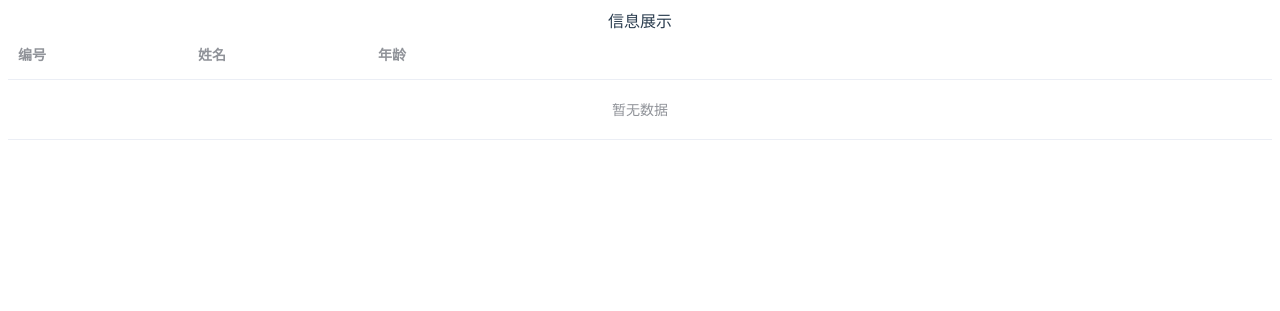
Repository: chang-meng-yun/vue_project
Page: /
The author's editor kept a copy of each file at every save. The page is drawn from the files as they stood at one save, then again after a run of saves.
The browser window is 1280 px wide. The pictures show the whole page.
The project was rebuilt for these pictures with package versions that can differ from the ones it lists, and the page was loaded fresh each time. Also part of the build but not shown: vue.config.js, src/VBindStudy.vue, src/HomeWork.vue, src/views/reHome.vue, src/FromFrame.vue, src/prents.vue, src/views/son.vue, src/components/HelloWorld.vue and 1 more.

Above is the page before, as saved 2024-06-27 15:42:17.

### public/index.html
<!DOCTYPE html>
<html lang="">
  <head>
    <meta charset="utf-8">
    <meta http-equiv="X-UA-Compatible" content="IE=edge">
    <meta name="viewport" content="width=device-width,initial-scale=1.0">
    <link rel="icon" href="<%= BASE_URL %>favicon.ico">
    <!-- <title><%= htmlWebpackPlugin.options.title %></title> -->
     <title>我是首页</title>
  </head>
  <body>
    <noscript>
      <strong>We're sorry but <%= htmlWebpackPlugin.options.title %> doesn't work properly without JavaScript enabled. Please enable it to continue.</strong>
    </noscript>
    <!-- 显示内容的地方 -->
    <div id="app"></div>
    <!-- built files will be auto injected -->
  </body>
</html>

### src/main.js
import Vue from 'vue'
import App from './App.vue'
import ElementUI from 'element-ui';
import 'element-ui/lib/theme-chalk/index.css';
import router from './router'

Vue.use(ElementUI);

Vue.config.productionTip = false
new Vue({
  router,
  render: h => h(App)
}).$mount('#app')

### src/App.vue
<template>
  <div id="app">
    <!-- <Hello></Hello> -->
    <!-- <VBindStudy></VBindStudy> -->
    <!-- <HomeWork></HomeWork> -->
    <!-- <reHome></reHome> -->
    <!-- <Model></Model> -->
    <!-- <FromFrame></FromFrame> -->
     <!-- <prents></prents> -->
     <!-- <div>来自父组件得值{{son_title}}</div>
      <son @son_to_parent="getValues"></son> -->

      <!-- <child myTitle="信息展示" :mysrc="img_path" > -->
        <child myTitle="信息展示" tableData="tableData">

      </child>

    </div>
</template>
<script>
  // 导入组件
  import Hello from '@/Hello.vue'
  import VBindStudy from '@/VBindStudy'
  import HomeWork from '@/HomeWork'
  import reHome from './views/reHome.vue'
  import FromFrame from '@/FromFrame.vue'
  import prents from '@/prents.vue'
  import child from '@/child.vue'
   import son from './views/son.vue'
  // import Model from './views/Model.vue'
  export default {
    components: {
      Hello,
      VBindStudy,
      HomeWork,
      FromFrame,
      prents,
      child,
      son
      // Model
    },
    data() {
      return {
        tableData: [{
            id: '1',
            name: '王小虎',
            age: '19'
          }, {
            id: '2',
            name: '王小虎',
            age: '20'
          }, {
            id: '3',
            name: '王小虎',
            age: '21'
          }, {
            id: '4',
            name: '王小虎',
            age: '22'
          }]




        // mark: true,
        // name: "张三",
        // mywidth: "350px",
        // myImage: require("./assets/花.jpg"),
        // img_path: require("@/assets/花.jpg"),
        // son_title:""
      }
    },
    methods: {
      controller_div() {
        this.mark = !this.mark
        console.log(this.mark)
      },
      changeSize() {
        this.mywidth = "500px"
      },
      changeImage() {
        console.log("pakaqiu")
        this.myImage = require("./assets/小樱花.webp")
      },
      getValues(n){
        this.son_title=n
      }
    }
  }
</script>
<style>
  .box {
    width: 200px;
    height: 200px;
    background-color: red;
  }

  #app {
    font-family: Avenir, Helvetica, Arial, sans-serif;
    -webkit-font-smoothing: antialiased;
    -moz-osx-font-smoothing: grayscale;
    text-align: center;
    color: #2c3e50;
  }

  nav {
    padding: 30px;
  }

  nav a {
    font-weight: bold;
    color: #2c3e50;
  }

  nav a.router-link-exact-active {
    color: #42b983;
  }
</style>

### src/Hello.vue
<template>
  <div>
        <!-- <nav>
      <router-link to="/">Home</router-link> |
      <router-link to="/about">About</router-link>
    </nav> -->
    <!-- <el-row>
      <el-button>默认按钮</el-button>
      <el-button type="primary">主要按钮</el-button>
      <el-button type="success">成功按钮</el-button>
      <el-button type="info">信息按钮</el-button>
      <el-button type="warning">警告按钮</el-button>
      <el-button type="danger">危险按钮</el-button>
    </el-row> -->

    <!-- <input  type="text" v-model="username"> -->
     <!-- <div  v-if="mark" class="box">
      div1-if标签
     </div> -->
     <!-- <el-button type="primary" v-on:click="controller_div()">控制div</el-button> -->
     <!-- <div  v-show ="mark" class="box"> -->
      <!-- div2-show标签 -->
     <!-- </div> -->
    <!-- <div>
      {{username}}
    </div> -->
    <!-- <router-view/> -->
     <!-- <hr> -->

     <el-row>
        <el-col :span="12">
          <div class="grid-content bg-purple">
         <img src="./assets/小雏菊.webp" v-bind:width="mywidth" />
         <br>
         <el-button type="primary" @click="changeSize()">改变大小</el-button>
        </div>
      </el-col>

        <el-col :span="12">
          <div class="grid-content bg-purple-light">
            <img v-bind:src="myImage" width="350px" />
            <br>
            <el-button type="primary" @click="changeImage()">改变图片</el-button>
        </div>
      </el-col>
      </el-row>

  </div>
</template>
<script>
     export default{
    // components:{
    //     Hello,
    //     VBindStudy
    // },
    data(){
      return{
        mark:true,
        name:"张三",
        mywidth:"350px",
        myImage:require("./assets/花.jpg")
      }
    },
    methods:{
     controller_div(){
        this.mark=!this.mark
        console.log(this.mark)
      },
      changeSize(){
        this.mywidth="500px"
      },
      changeImage(){
        console.log("pakaqiu")
        this.myImage=require("./assets/小樱花.webp")
      }
     },
     components:{

     }
    }
  </script>
  <style>
  .box{
      width: 200px;
      height: 200px;
      background-color: red;
  }
  #app {
    font-family: Avenir, Helvetica, Arial, sans-serif;
    -webkit-font-smoothing: antialiased;
    -moz-osx-font-smoothing: grayscale;
    text-align: center;
    color: #2c3e50;
  }

  nav {
    padding: 30px;
  }

  nav a {
    font-weight: bold;
    color: #2c3e50;
  }

  /* nav a.router-link-exact-active {
    color: #42b983;
  } */
  </style>

### src/child.vue
<template>
    <div>
        <div>
         {{myTitle}}
         <!-- <img :src="mysrc" height="300px" width="300px"> -->
         <el-table
         :data="tableData"
         style="width: 100%">
         <el-table-column
           prop="id"
           label="编号"
           width="180">
         </el-table-column>
         <el-table-column
           prop="name"
           label="姓名"
           width="180">
         </el-table-column>
         <el-table-column
           prop="age"
           label="年龄">
         </el-table-column>
       </el-table>
        </div>
    </div>
</template>
<script>
    export default{
        data(){
            return{
                // img_path: require("@/assets/花.jpg"),
            }
        },
        // props:["myTitle","mysrc"],
        props:["myTitle",""],
        methods: {

        },
        components:{

        }
    }

</script>
<style>

</style>

Loaded but not shown: src/router/index.js (common file)

After the next 2 saves:
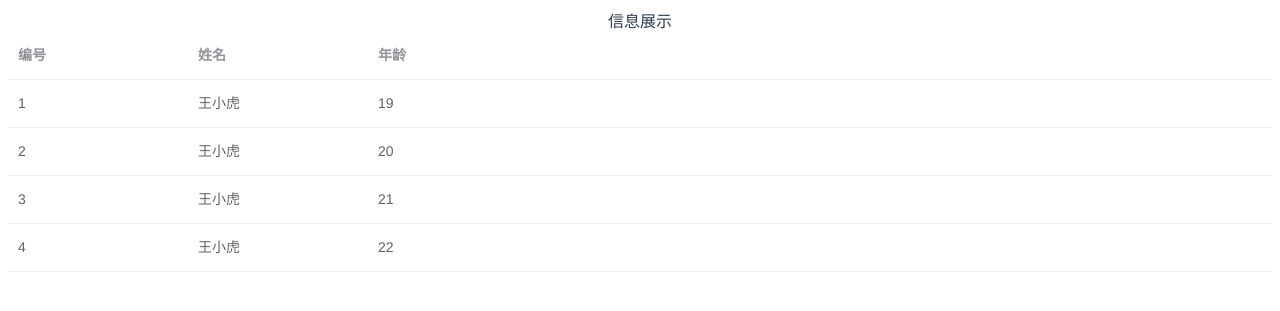
The 2 saves are shown as one change because 1 did not build or start.
The last was saved 52 s later.
--- a/src/App.vue
+++ b/src/App.vue
@@ -11,7 +11,7 @@
       <son @son_to_parent="getValues"></son> -->
 
       <!-- <child myTitle="信息展示" :mysrc="img_path" > -->
-        <child myTitle="信息展示" tableData="tableData">
+        <child myTitle="信息展示" :tableData="tableData">
 
       </child>
 
--- a/src/child.vue
+++ b/src/child.vue
@@ -32,7 +32,7 @@
             }
         },
         // props:["myTitle","mysrc"],
-        props:["myTitle",""],
+        props:["myTitle","tableData"],
         methods: {
 
         },

After the 2 saves that followed:
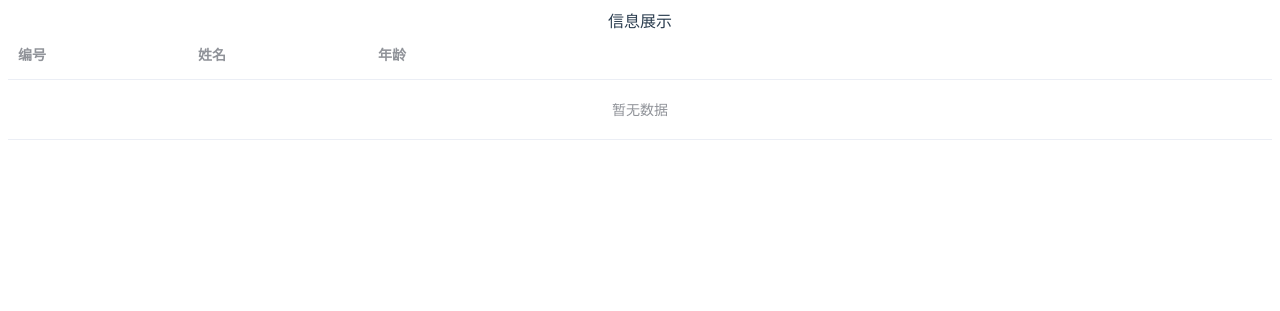
The 2 saves are shown as one change because 1 left the picture as it was.
The last was saved 62 s later.
--- a/src/App.vue
+++ b/src/App.vue
@@ -11,7 +11,7 @@
       <son @son_to_parent="getValues"></son> -->
 
       <!-- <child myTitle="信息展示" :mysrc="img_path" > -->
-        <child myTitle="信息展示" :tableData="tableData">
+        <child myTitle="信息展示" :tableData1="tableData1">
 
       </child>
 
@@ -41,7 +41,7 @@
     },
     data() {
       return {
-        tableData: [{
+        tableData1: [{
             id: '1',
             name: '王小虎',
             age: '19'
@@ -58,10 +58,6 @@
             name: '王小虎',
             age: '22'
           }]
-
-
-
-
         // mark: true,
         // name: "张三",
         // mywidth: "350px",
